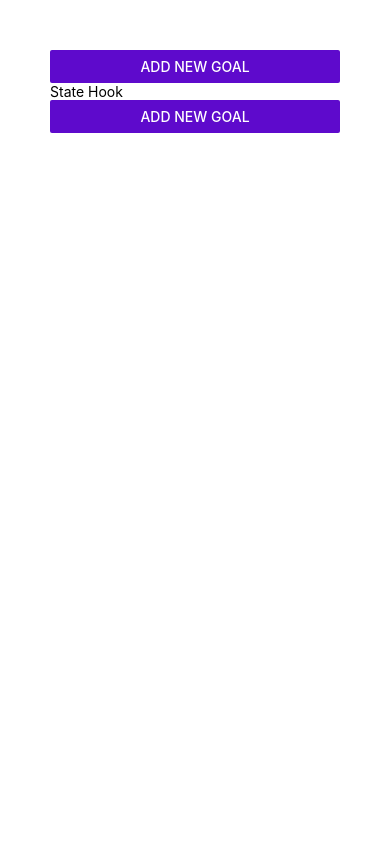
Repository: ntu34543/React-Native-Example1
Screen: /
An editor plug-in stored every save of this project. The screen is shown before and after a run of saves, followed by the edit.
The app was drawn by React Native's web renderer in a window 390 px wide. The project was rebuilt for these pictures with package versions that can differ from the ones it lists, and the page was loaded fresh each time. Also part of the build but not shown: components/Goalltem.js.

Above is the screen before, as saved 2022-09-12 11:56:00.

After the next 4 saves:
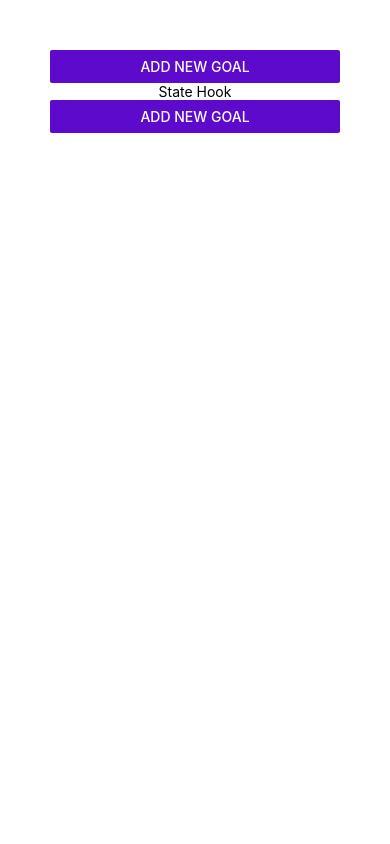
The 4 saves are shown as one change because 1 did not build or start and some came seconds apart.
The last was saved 26 s later.
--- a/App.js
+++ b/App.js
@@ -41,7 +41,7 @@ export default function App() {
           color="#5e0acc"
           onPress={startAddGoalHandler}
         />
-        <Text style={{}}>State Hook</Text>
+        <Text style={{textAlign: 'center'}}>State Hook</Text>
         <Button
           title="Add new Goal"
           color="#5e0acc"
